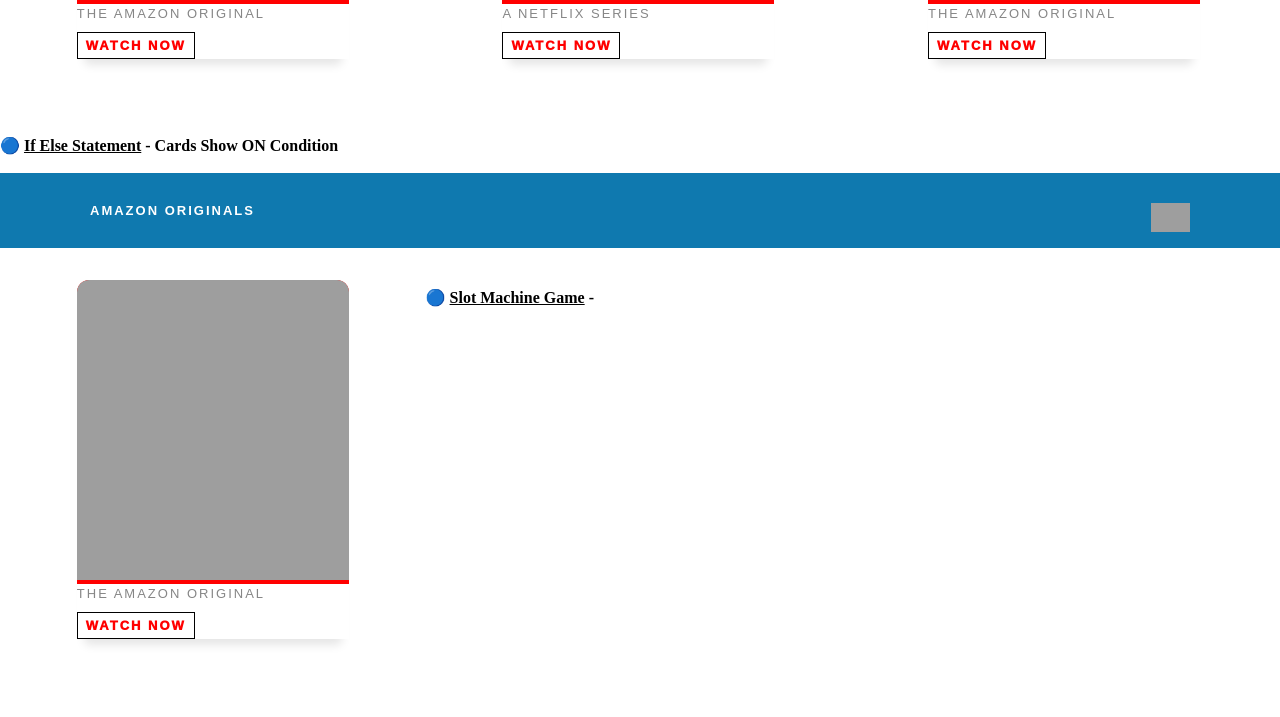
Repository: AalokJadhav/Being_ReactJS
Page: /
The author's editor kept a copy of each file at every save. The page is drawn from the files as they stood at one save, then again after the next save.
The browser window is 1280 px wide. The pictures show the part of the page from y = 2507 to 3224 px (the page is 3224 px tall).
Pictures or frames that could not be fetched are drawn as grey boxes. Some web fonts or font styles are not loaded; a fallback is used. The project was rebuilt for these pictures with package versions that can differ from the ones it lists, and the page was loaded fresh each time.

Above is the page before, as saved 2021-10-19 20:20:03.

### public/index.html
<!DOCTYPE html>
<html lang="en">

<head>
  <meta charset="utf-8" />
  <link rel="icon" href="%PUBLIC_URL%/favicon.ico" />
  <meta name="viewport" content="width=device-width, initial-scale=1" />
  <meta name="theme-color" content="#000000" />
  <meta name="description" content="Web site created using create-react-app" />
  <link rel="apple-touch-icon" href="%PUBLIC_URL%/logo192.png" />
  <!--
      manifest.json provides metadata used when your web app is installed on a
      user's mobile device or desktop. See https://developers.google.com/web/fundamentals/web-app-manifest/
    -->
  <link rel="manifest" href="%PUBLIC_URL%/manifest.json" />
  <link rel="preconnect" href="https://fonts.googleapis.com">
  <link rel="preconnect" href="https://fonts.gstatic.com" crossorigin>
  <link rel="preconnect" href="https://fonts.googleapis.com">
  <link rel="preconnect" href="https://fonts.gstatic.com" crossorigin>
  <link href="https://fonts.googleapis.com/css2?family=Festive&display=swap" rel="stylesheet">
    <!--
      Notice the use of %PUBLIC_URL% in the tags above.
      It will be replaced with the URL of the `public` folder during the build.
      Only files inside the `public` folder can be referenced from the HTML.

      Unlike "/favicon.ico" or "favicon.ico", "%PUBLIC_URL%/favicon.ico" will
      work correctly both with client-side routing and a non-root public URL.
      Learn how to configure a non-root public URL by running `npm run build`.
    -->
  <title>Being React</title>
</head>

<body>
  <noscript>You need to enable JavaScript to run this app.</noscript>
  <div id="root"></div>
  <!--
      This HTML file is a template.
      If you open it directly in the browser, you will see an empty page.

      You can add webfonts, meta tags, or analytics to this file.
      The build step will place the bundled scripts into the <body> tag.

      To begin the development, run `npm start` or `yarn start`.
      To create a production bundle, use `npm run build` or `yarn build`.
    -->
</body>

</html>

### src/index.js
// var React = require ('react');
// var ReactDom = require ('react-dom');

import React from 'react';
import ReactDom from 'react-dom';
import './index.css';
import App from './App';


ReactDom.render(<App />, document.getElementById('root'));

### src/index.css

*{margin: 0; padding: 0; box-sizing: border-box;};


.h3 {
  padding-left: 0%;
}
/* Style the header with a grey background and some padding */
.header {
  overflow: hidden;
  background-color: black;
  padding: 20px 10px;
}

/* Style the header links */
.header a {
  float: left;
  color: #fff;
  text-align: center;
  padding: 12px;
  text-decoration: none;
  font-size: 18px;
  line-height: 25px;
  border-radius: 4px;
}

/* Style the logo link (notice that we set the same value of line-height and font-size to prevent the header to increase when the font gets bigger */
.header a.logo {
  font-size: 25px;
  font-weight: bold;
  font-family: cursive;
  color: #61dafb;
}

/* Style the active/current link*/
.active {
  line-height: 50px;
}

/* Float the link section to the right */
.header-right {
  float: right;
}

.heart {
	font-size: 25px;
	color: #e00;
	animation: beat .25s infinite alternate;
	transform-origin: center;
}

/* Heart beat animation */
@keyframes beat{
	to { transform: scale(1.4); }
}

.googlefont {
  font-family: 'Festive', cursive;
}
/* Add media queries for responsiveness - when the screen is 500px wide or less, stack the links on top of each other */
@media screen and (max-width: 500px) {
  .header a {
    float: none;
    display: block;
    text-align: left;
  }
  .header-right {
    float: none;
  }
}

.img_div img{
  width: 33%;
  height: 5%;
  margin: auto;
  padding-left: 2%;
}

.content {
  padding-left: 2%;
}
.sHeading1 {
  text-align: center;
}

.challenge1 {
  background-color: rgb(137, 191, 212);
  width: 40%;
  height: 20vh;
  display: flex;
  justify-content: center;
  align-items: center;
  margin-top: -0px;
  margin-left: 25px;
  border-radius: 20px;
}

.heading_styleN  {
  padding: 30px 0;
  padding-left: 90px;
  text-align: left;
  font-family: "Raleway", sans-serif;
  text-transform: uppercase;
  font-size: 13px;
  letter-spacing: 2px;
  font-weight: 5000;
  color: red;
  background-color: black;
  font-size: 1.rem;
  margin-bottom: -50px;
}

.netflixlogo {
  height: 29px;
  float: right;
  padding-right: 90px;

}
.heading_styleA  {
  padding: 30px 0;
  padding-left: 90px;
  text-align: left;
  font-family: "Raleway", sans-serif;
  text-transform: uppercase;
  font-size: 13px;
  letter-spacing: 2px;
  font-weight: 5000;
  color: white;
  background-color: #0f79af;
  font-size: 1.rem;
  margin-bottom: -50px;
}

.primelogo {
  height: 29px;
  float: right;
  padding-right: 90px;
}

.cards {
  width: 100%;
  height: auto;
}

.card {
  margin: 6%;
  transition: all 0.4s cubic-bezier(0.175, 0.885, 0, 1);
  width: 21.25%;
  border-radius: 12px;
  background-color: red;
  box-shadow: 0px 13px 10px -7px rgb(0, 0, 0, 0.1);
  float: left;
}

.card:hover {
  box-shadow: 0px 30px 18px  -8px  rgb(0, 0, 0, 0.1);
  transform: scale(1.05, 1.05);
  background-color: green;

}
.card__img {
  width: 100%;
  height: 300px;
  border-top-left-radius: 12px;
  border-top-right-radius: 12px;

}

.card__info {
  background-color: #fff;
  border-bottom-left-radius: 12px;
  border-bottom-left-radius: 12px;
  background-color: #fff;
}

.card__category {
  font-family: "Raleway", sans-serif;
  text-transform: uppercase;
  font-size: 13px;
  letter-spacing: 2px;
  font-weight: 500;
  color: #868686;
  background-color: #fff;


}

.card__title {
  margin-top: 5px;
  margin-bottom: 10px;
  text-transform: capitalize;
  font-family: "Raleway", sans-serif;
  background-color: #fff;

}

button {
  padding: 5px 8px;
  font-family: "Raleway", sans-serif;
  text-transform: uppercase;
  font-size: 13px;
  letter-spacing: 2px;
  font-weight: 1000;
  color: red;
  background-color: #fff;
  outline: none;
  border: 1px solid black;
  cursor: pointer;
}

### src/App.js
import React from "react";
import './index.css';

import Navbar from './Header'
import List from "./List";
import CurrentDate from "./CurrentDate";
import RandomImages from "./RandomImages";
import InlineCss from "./InlineCss";
import SimpleGreeting from './SimpleGreeting';
import GoogleFont from "./GoogleFont";
import RComponents from "./RComponents";
import NetflixCard from "./NetflixCard";
import IfElse from "./IfElse";
import SlotMachine from "./SlotMechine";


function App() {

  return (
    <>
      <Navbar /><br /><br /><br /><br />
      <h4>Hello  World From ReactJS...✋</h4><br />
      <CurrentDate />
      <RandomImages />
      <InlineCss /> <br />
      <GoogleFont />
      <SimpleGreeting />
      <List />
      <RComponents />
      <NetflixCard />
      <IfElse /><br /><br /><br /><br /><br />
      <SlotMachine />
    </>
  );
}



export default App;


//In Pure JavaScript
var h3 = document.createElement('h3');
h3.innerHTML = 'Hello  World From Pure JavaScript...❤❤❤';
document.getElementById('root').appendChild(h3);

### src/Header.jsx
import React from "react";




function Navbar() {

  return (
    <>
    <div className="header">
        <a href="#default" className="logo"><span style={{ color: 'white'}}>Being</span> &nbsp;
        <img src="data:[embedded picture, 514 characters]" alt="" height="20"  />
           &nbsp; React</a>
      <div className="header-right">
        <h5 className="active" style={{ color: 'white'}}>Made with <span className="heart">&#x2665;</span> by Alok Jadhav</h5>
        </div>
      </div>
    </>
  );
}
export default Navbar;

### src/List.jsx
import React from "react";
import './index.css';

function List() {
  return (
    <>

      <div className="content">
      <h3>Netflix Top Series</h3>
        <ol>
          <li>Stranger Things</li>
          <li>Dark</li>
          <li>Money Heiest</li>
          <li>Elite</li>
          <li>Ozark</li>
        </ol>
      </div>
      <br />
    </>
  );
}

export default List;

### src/CurrentDate.jsx
import React from "react";


const fullDate = new Date();
const date = fullDate.toLocaleDateString();
const time = fullDate.toLocaleTimeString();


function CurrentDate() {
    return (
        <>
        <h4>🔵 <u>Display Current date and time in JSX</u> -</h4><br />
        <div className="content">
          <p>Current Date is {`${date}`} </p>
          <p>Current Time is {`${time} `} </p>
        </div>
        <br />
        </>
    );
  }

export default CurrentDate;

### src/RandomImages.jsx
import React from "react";
import './index.css';

const RandomImgUrl = 'https://picsum.photos/2000';
const RandomImgUrl1 = 'https://picsum.photos/900';
const RandomImgUrl2 = 'https://picsum.photos/800';

function RandomImages() {
  return (
    <>
    <h4>🔵 <u>JSX Attributes for random image</u> -</h4><br />
  <div className="img_div">
    <img src={RandomImgUrl} alt='random image1' />
    <img src={RandomImgUrl1} alt='random image2' />
    <img src={RandomImgUrl2} alt='random image3' />
  </div>
  <br />
  </>
  );
}

export default RandomImages;

### src/InlineCss.jsx
function InlineCss() {
    return (
        <>
            <h4 >🔵 <u>Inline or Internal CSS Styling</u> -</h4><br/>
            <div className="content">
            <h3>Being <span style={{ color: '#61dafb', fontFamily: 'serif' }}>ReactJs</span> </h3>
            </div>
        </>
    )
}

export default InlineCss;

### src/SimpleGreeting.jsx
const CurrDate = new Date(2021, 14, 10, 9);
const hour = CurrDate.getHours();
let greeting = '';

const cssStyle = {}

if (hour >= 1 && hour < 12) {
    greeting = 'Good Mooring..🙂';
    cssStyle.color = 'green';
} else if (hour >= 12 && hour < 19) {
    greeting = 'Good Afternoon..🙄';
    cssStyle.color = 'orange';
} else {
    greeting = 'Good Night..😴';
}

function SimpleGreeting() {
    return (
        <>
            <h4>🔵 <u>Challenge</u> - As Timeline change the expression of farewell (ie.Good Morning/Afternoon/Night)</h4><br />
            <div className="challenge1">
                <h1>Hello World...<span style={cssStyle}> {greeting}</span></h1>
            </div>
            <br />
        </>
    )
}

export default SimpleGreeting;

### src/GoogleFont.jsx
import React from "react";
import './index.css';


function GoogleFont() {
  return (
    <>
    <h4>🔵 <u>How to use Google Font</u> -  see font link in index.html </h4><br/>
  <div className="content">
    <h4 className="googlefont">Use Google font in React </h4>
  </div>
  <br />
  </>
  );
}

export default GoogleFont;

### src/RComponents.jsx
import React from 'react';
import Title from './Title';
import AllCharacter from './AllCharacter';

function RComponents() {
    return (
        <>
            <h4>🔵 <u>React Components</u> - Seprate Piece of code into Components</h4><br />
            <Title />
            <br />
            <AllCharacter />
            <br />
        </>
    )
}

export default RComponents;

### src/NetflixCard.jsx
import React from "react";
import Card from "./Card";
import Sdata from "./Sdata";
import Title from "./Title";

function NetflixCard() {

    return (
        <>
            <h4>🔵 <u>Props & Array with Map Arrow Function</u> - Netflix Card</h4><br />
            <Title /><br />
            {/* <h1 className="heading_styleN" >Netflix Favorite  Series</h1> */}
            {Sdata.map((val, index) => {
                console.log(index);
                return (
                    <Card
                        key={val.id}
                        imgsrc={val.imgsrc}
                        title={val.title}
                        sname={val.sname}
                        link={val.link} />
                )
            })
            }
        </>
    )
}

export default NetflixCard;

### src/IfElse.jsx
import React from "react";
import Card from "./Card";
import Sdata from "./Sdata";

const FavSeries = 'netflix';

function IfElse() {
    if (FavSeries === 'netflix') {
        return (
            <>
                <h4>🔵 <u>If Else Statement</u> - Cards Show ON Condition</h4><br />
                <h1 className="heading_styleA" >Amazon Originals <img className="primelogo" src='https://upload.wikimedia.org/wikipedia/commons/thumb/1/11/Amazon_Prime_Video_logo.svg/800px-Amazon_Prime_Video_logo.svg.png'></img> </h1>
                <Card
                    key={Sdata[1].id}
                    imgsrc={Sdata[1].imgsrc}
                    title={Sdata[1].title}
                    sname={Sdata[1].sname}
                    link={Sdata[1].link} />

            </>
        )
    } else {
        return (
            <>
                <br />
                <h4>🔵 <u>If Else Statement</u> - Cards Show with Condition</h4><br />
                <h1 className="heading_styleN" >A Netflix Originals <img className="netflixlogo" src='https://upload.wikimedia.org/wikipedia/commons/thumb/0/08/Netflix_2015_logo.svg/799px-Netflix_2015_logo.svg.png'></img> </h1>
                <Card
                    key={Sdata[2].id}
                    imgsrc={Sdata[2].imgsrc}
                    title={Sdata[2].title}
                    sname={Sdata[2].sname}
                    link={Sdata[2].link} />

            </>
        )



    }

}

export default IfElse;

### src/SlotMechine.jsx
import React from "react";

const SlotMachine = () => {
    return (
        <>
         <h4>🔵 <u>Slot Machine Game</u> - </h4><br />

        </>
    )
}

export default SlotMachine;

### src/Title.jsx
import React from "react";


function Title() {
    return (
        <div className="sHeading1">
            <h2><span style={{color: 'red'}}>Netflix</span> & <span style={{color: '#0f79af'}}>Amazon</span> Top Series</h2>
        </div>

    )
}



export default Title;

### src/AllCharacter.jsx
// import { FullName } from './FullName';



const Characters = ['Ross', 'Rachel', 'Monica', 'Joey', 'Chandler', 'Phoebe'];
const AllCharacters = [];

let name = 'Alok Jadhav';
const Myname = name

Characters.forEach(function (data) {
  AllCharacters.push(<li>{data}</li>);
});

function AllCharacter() {
  return (
    <>
      <h4>🔵 <u>ES6 Modules, function Import Export</u> - </h4><br />
      <div className="content">
        <h3>F.R.I.E.N.D.S Characters</h3>
        <ol className="content">
          <li>{AllCharacters}</li>
        </ol>
        <br />
        <h3>{Myname}</h3>
      </div>
    </>
  )
}

export default AllCharacter;

### src/Card.jsx
import React from "react";
import Images from "./CardImages";
import NcardHeading from "./NcardHeading";

function Card(props) {
    return (
      <>
        <div className="cards">
          <div className="card">
            <Images  imgsrc={props.imgsrc}/>
            <div className="card__info">
              <span className="card__category">{props.title}</span>
              <NcardHeading sname={props.Sname} />
              <a href={props.link} target="_blank" rel="noreferrer">
                <button>Watch Now</button>
              </a>
            </div>
          </div>
        </div>
      </>
    )
  }

  export default Card;

### src/Sdata.jsx
const Sdata = [
  {
    id: 1,
    imgsrc:
      "http://cdn.shopify.com/s/files/1/0151/0741/products/pg1004_1024x1024.jpg?v :1578633269",
    title: "A Netflix Series",
    sname: "F.R.I.E.N.D.S",
    link: "https://www.netflix.com/in/title/70153404",
  },
  {
    id: 2,
    imgsrc: "https://talenthouse-res.cloudinary.com/image/upload/c_limit,fl_progressive,h_1280,w_1280/v1542188034/user-849291/submissions/mfa0no5fxv0d2t40jgpt.jpg",
    title: "The Amazon Original",
    sname: "Mirzapur",
    link: "https://www.primevideo.com/detail/Mirzapur/0PDOKMV9CRLOMO5EUKNCUJLG4Q",
  },
  {
    id: 3,
    imgsrc: "https://wallpapercave.com/wp/wp4056407.jpg",
    title: "A Netflix Series",
    sname: "Dark",
    link: "https://www.netflix.com/in/title/80100172",
  },
  {
    id: 4,
    imgsrc: "https://i1.wp.com/urbanasian.com/wp-content/uploads/2021/01/C5171E29-D5A4-4E14-99B2-CA462FC48FA2.png?fit=525%2C453&ssl=1",
    title: "The Amazon Original",
    sname: "The Family Man",
    link: "https://www.primevideo.com/detail/The-Family-Man/0H3DDB4KBJFNDCKKLHNRLRLVKQ",
  },
  {
    id: 5,
    imgsrc: "https://wallpapercave.com/wp/wp1839578.jpg",
    title: "A Netflix Series",
    sname: "Stranger Things",
    link: "https://www.netflix.com/in/title/80057281",
  },
  {
    id: 6,
    imgsrc: "https://www.91-cdn.com/hub/wp-content/uploads/2021/07/Paatal-Lok-highest-rated-Hindi-web-series-to-watch-on-Amazon-Prime-Video.jpg?tr=q-100",
    title: "The Amazon Original",
    sname: "Paatal Lok",
    link: "https://www.primevideo.com/detail/Paatal-Lok/0G9IEOHCN8KMY6COD9ILGH7IY5",
  },
];

export default Sdata;

### src/CardImages.jsx
import React from "react";

const Images = (props) => {
    return <img src={props.imgsrc} alt="friends" className="card__img"  />

};

export default Images;

### src/NcardHeading.jsx
import React from "react";

const NcardHeading = (props) => {
  return  <h3 className="card__title">{props.Sname}</h3>
}

export default NcardHeading;

After the next save:
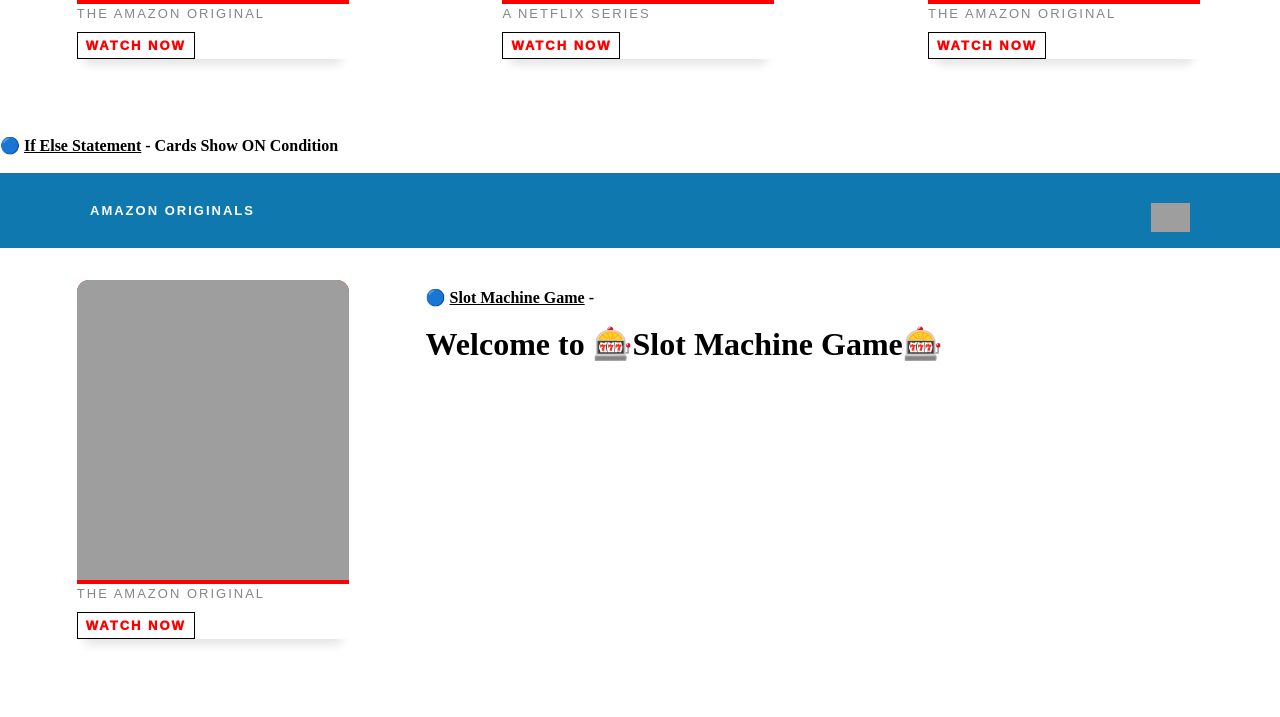
Saved 2 min 36 s later.
--- a/src/SlotMechine.jsx
+++ b/src/SlotMechine.jsx
@@ -4,7 +4,7 @@
     return (
         <>
          <h4>🔵 <u>Slot Machine Game</u> - </h4><br />
-
+        <h1>Welcome to 🎰<span>Slot Machine Game</span>🎰</h1>
         </>
     )
 }
